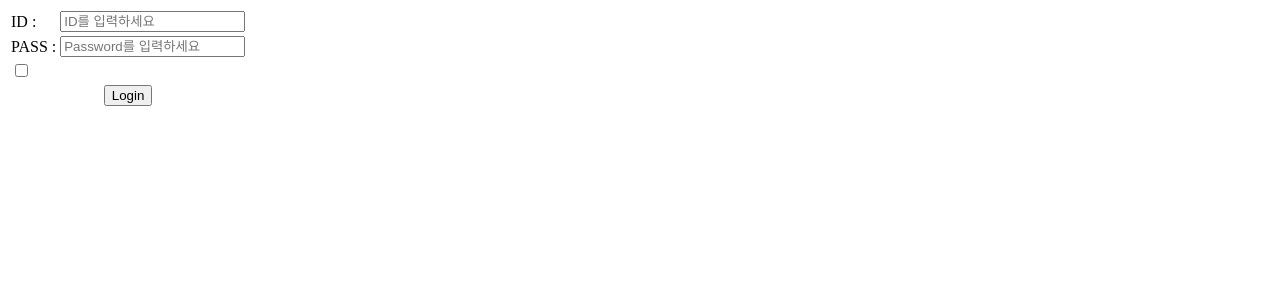
Repository: kdh4357065/3_highjava
Page: http://localhost/webTest/basic/cookie/cookieLogin.jsp
The author's editor kept a copy of each file at every save. The page is drawn from the files as they stood at one save, then again after a run of saves.
The browser window is 1280 px wide. The pictures show the whole page.
The page is served by Tomcat 9. Other server files are loaded and not shown.

Above is the page before, as saved 2023-03-30 01:07:39.

### WorkSpace/webTest/src/main/webapp/basic/cookie/cookieLogin.jsp
<%@ page language="java" contentType="text/html; charset=UTF-8"
    pageEncoding="UTF-8"%>
<!DOCTYPE html>
<html>
<head>
<meta charset="UTF-8">
<title>Insert title here</title>
</head>
<body>

<form action="">
<table>
<tr>
	<td>ID : </td>
	<td><input type="text" name="userid" placeholder="ID를 입력하세요"></td>
</tr>

<tr>
	<td>PASS : </td>
	<td><input type="password" name="userpass" placeholder="Password를 입력하세요"></td>
</tr>

<tr>
	<td colspan="2"><input type="checkbox" name="chkid" value="check"></td>
</tr>

<tr>
	<td colspan="2" style="text-align: center;"><input type="submit" value="Login"></td>
</tr>

</table>
</form>

</body>
</html>

After the next 2 saves:
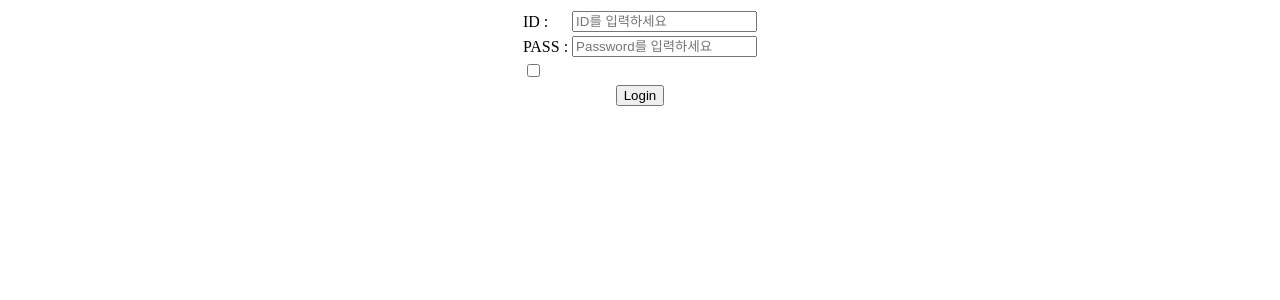
The 2 saves are shown as one change because they came seconds apart.
The last was saved 55 s later.
--- a/WorkSpace/webTest/src/main/webapp/basic/cookie/cookieLogin.jsp
+++ b/WorkSpace/webTest/src/main/webapp/basic/cookie/cookieLogin.jsp
@@ -9,7 +9,7 @@
 <body>
 
 <form action="">
-<table>
+<table style="margin: 0 auto;">
 <tr>
 	<td>ID : </td>
 	<td><input type="text" name="userid" placeholder="ID를 입력하세요"></td>
